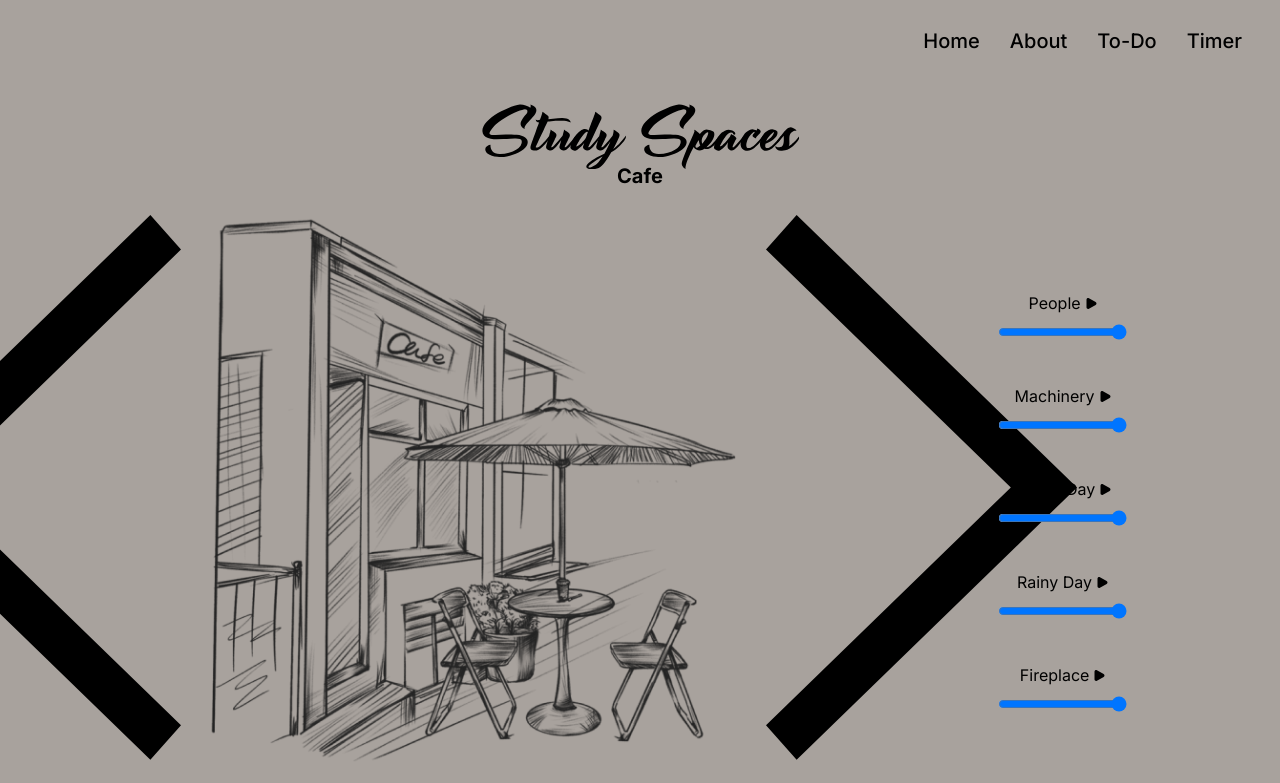
Repository: kaitlynlie/studyspaces
Page: / (app in studyspaces/)
The author's editor kept a copy of each file at every save. The page is drawn from the files as they stood at one save, then again after the next save.
The browser window is 1280 px wide. The pictures show the whole page.
The project was rebuilt for these pictures with package versions that can differ from the ones it lists, and the page was loaded fresh each time. Also part of the build but not shown: studyspaces/vite.config.ts. Imported but missing from the stored project, and not drawn on this page: studyspaces/src/audio/fireplace.wav, studyspaces/src/audio/people.wav, studyspaces/src/audio/rain.wav, studyspaces/src/audio/softmachinery.mp3, studyspaces/src/audio/sun.wav.

Above is the page before, as saved 2023-09-28 10:55:19.

After the next save:
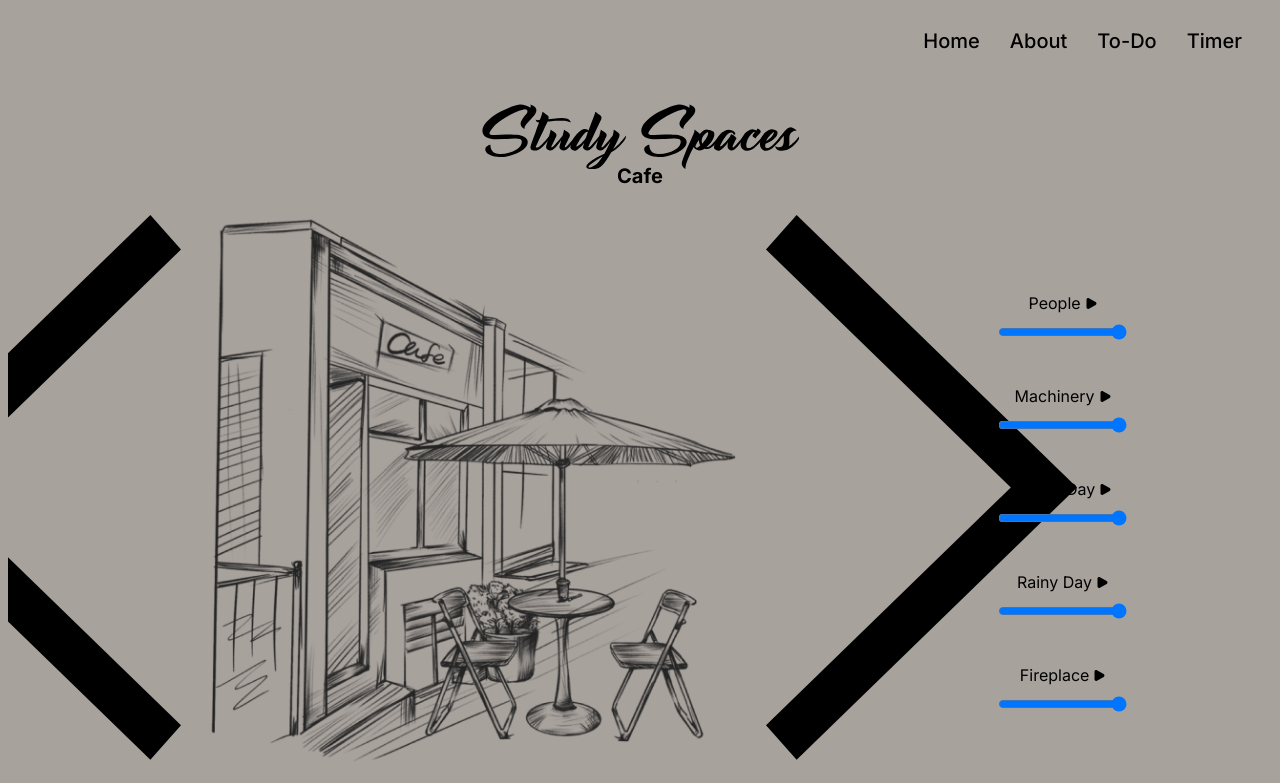
Saved 65 s later.
--- a/studyspaces/src/pages/home.module.scss
+++ b/studyspaces/src/pages/home.module.scss
@@ -1,5 +1,6 @@
 body {
     background-color: rgb(168, 162, 157);
+    overflow-y: hidden;
     section.home {
         padding: 10px;
         display: flex;
